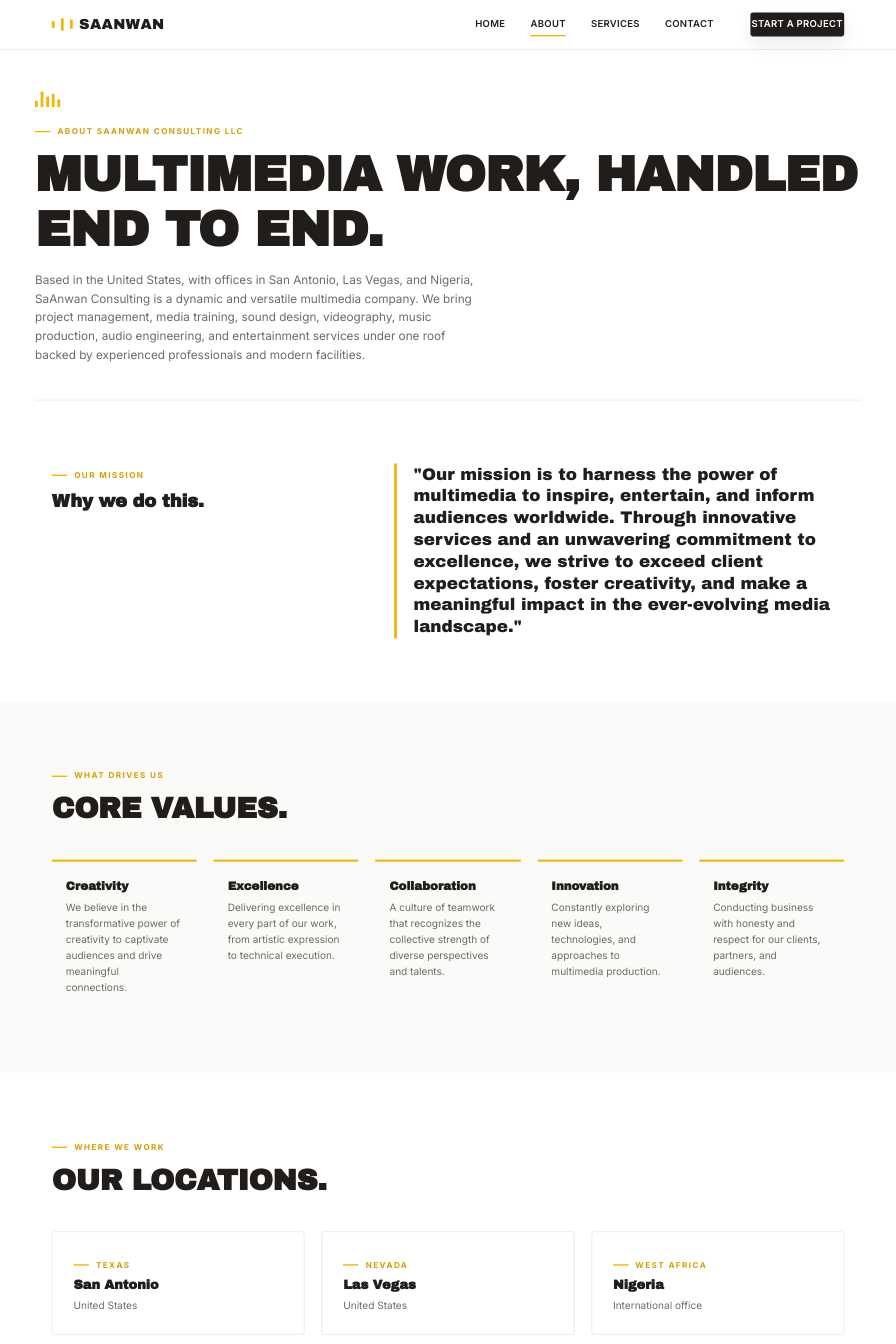
Repository: joshuaonazi/saanwan
Page: about.html
The author's editor kept a copy of each file at every save. The page is drawn from the files as they stood at one save, then again after the next save.
The browser window is 1280 px wide. The pictures show the part of the page from y = 0 to 1920 px (the page is 2707 px tall before and 2455 px after), at 70% of full size.

Above is the page before, as saved 2026-07-10 16:42:51.

After the next save:
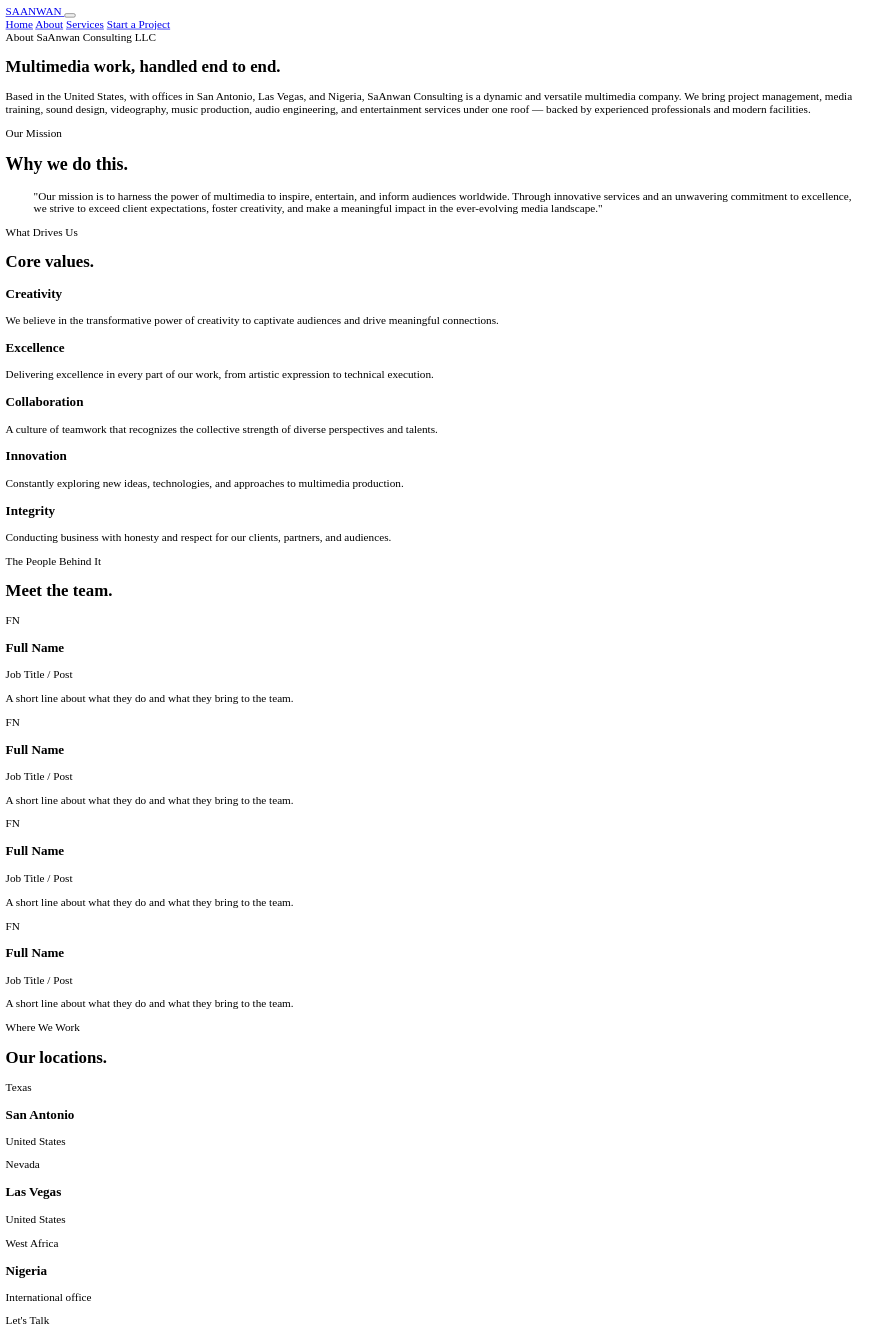
Not found: css/style.css
Saved 2 min 47 s later.
--- a/about.html
+++ b/about.html
@@ -8,7 +8,7 @@
 <link rel="preconnect" href="https://fonts.googleapis.com">
 <link rel="preconnect" href="https://fonts.gstatic.com" crossorigin>
 <link href="https://fonts.googleapis.com/css2?family=Archivo+Black&family=Inter:wght@400;500;600;700&display=swap" rel="stylesheet">
-<link rel="stylesheet" href="/styles.css">
+<link rel="stylesheet" href="css/style.css">
 </head>
 <body>
 
@@ -25,7 +25,6 @@
       <a href="index.html">Home</a>
       <a href="about.html" aria-current="page">About</a>
       <a href="services.html">Services</a>
-      <a href="contact.html">Contact</a>
       <a href="contact.html" class="nav-cta">Start a Project</a>
     </div>
   </nav>
@@ -37,7 +36,7 @@
     <div class="eq-divider"><span></span><span></span><span></span><span></span><span></span></div>
     <span class="eyebrow">About SaAnwan Consulting LLC</span>
     <h1>Multimedia work, handled end to end.</h1>
-    <p>Based in the United States, with offices in San Antonio, Las Vegas, and Nigeria, SaAnwan Consulting is a dynamic and versatile multimedia company. We bring project management, media training, sound design, videography, music production, audio engineering, and entertainment services under one roof backed by experienced professionals and modern facilities.</p>
+    <p>Based in the United States, with offices in San Antonio, Las Vegas, and Nigeria, SaAnwan Consulting is a dynamic and versatile multimedia company. We bring project management, media training, sound design, videography, music production, audio engineering, and entertainment services under one roof — backed by experienced professionals and modern facilities.</p>
   </section>
 
   <section class="section">
@@ -84,6 +83,65 @@
   </section>
 
   <section class="section">
+    <div class="wrap">
+      <div class="section-head">
+        <span class="eyebrow">The People Behind It</span>
+        <h2>Meet the team.</h2>
+      </div>
+      <!--
+        TEAM SETUP — this whole block is placeholder content, swap it for the real thing:
+        1. Replace each <div class="placeholder-initials">XX</div> with
+           <img src="assets/team/filename.jpg" alt="Full Name">
+           (add real photos into an /assets/team/ folder — square images work best)
+        2. Update the name, role/post, and short description text for each person.
+        3. Copy a whole .team-card block to add more members, or delete one to remove.
+      -->
+      <div class="team-grid">
+        <div class="team-card">
+          <div class="team-photo">
+            <div class="placeholder-initials">FN</div>
+          </div>
+          <div class="team-info">
+            <h3>Full Name</h3>
+            <span class="role">Job Title / Post</span>
+            <p>A short line about what they do and what they bring to the team.</p>
+          </div>
+        </div>
+        <div class="team-card">
+          <div class="team-photo">
+            <div class="placeholder-initials alt">FN</div>
+          </div>
+          <div class="team-info">
+            <h3>Full Name</h3>
+            <span class="role">Job Title / Post</span>
+            <p>A short line about what they do and what they bring to the team.</p>
+          </div>
+        </div>
+        <div class="team-card">
+          <div class="team-photo">
+            <div class="placeholder-initials">FN</div>
+          </div>
+          <div class="team-info">
+            <h3>Full Name</h3>
+            <span class="role">Job Title / Post</span>
+            <p>A short line about what they do and what they bring to the team.</p>
+          </div>
+        </div>
+        <div class="team-card">
+          <div class="team-photo">
+            <div class="placeholder-initials alt">FN</div>
+          </div>
+          <div class="team-info">
+            <h3>Full Name</h3>
+            <span class="role">Job Title / Post</span>
+            <p>A short line about what they do and what they bring to the team.</p>
+          </div>
+        </div>
+      </div>
+    </div>
+  </section>
+
+  <section class="section section-cream">
     <div class="wrap">
       <div class="section-head">
         <span class="eyebrow">Where We Work</span>
@@ -133,7 +191,7 @@
         <p>A multimedia consulting company delivering creative and technical excellence across production, sound, and screen.</p>
       </div>
       <div class="footer-col">
-        <h4>Quick Links</h4>
+        <h4>Site</h4>
         <ul>
           <li><a href="index.html">Home</a></li>
           <li><a href="about.html">About</a></li>
@@ -160,12 +218,12 @@
       </div>
     </div>
     <div class="footer-bottom">
-      <span>&copy; <span id="year"></span> Saanwan Consulting LLC. All rights reserved.</span>
-      <span>Built & developed by Web3Cryptic</span>
+      <span>&copy; <span id="year"></span> SaAnwan Consulting LLC. All rights reserved.</span>
+      <span>Built for creators, by creators.</span>
     </div>
   </div>
 </footer>
 
-<script src="/index.js"></script>
+<script src="index.js"></script>
 </body>
 </html>

After the save that followed:
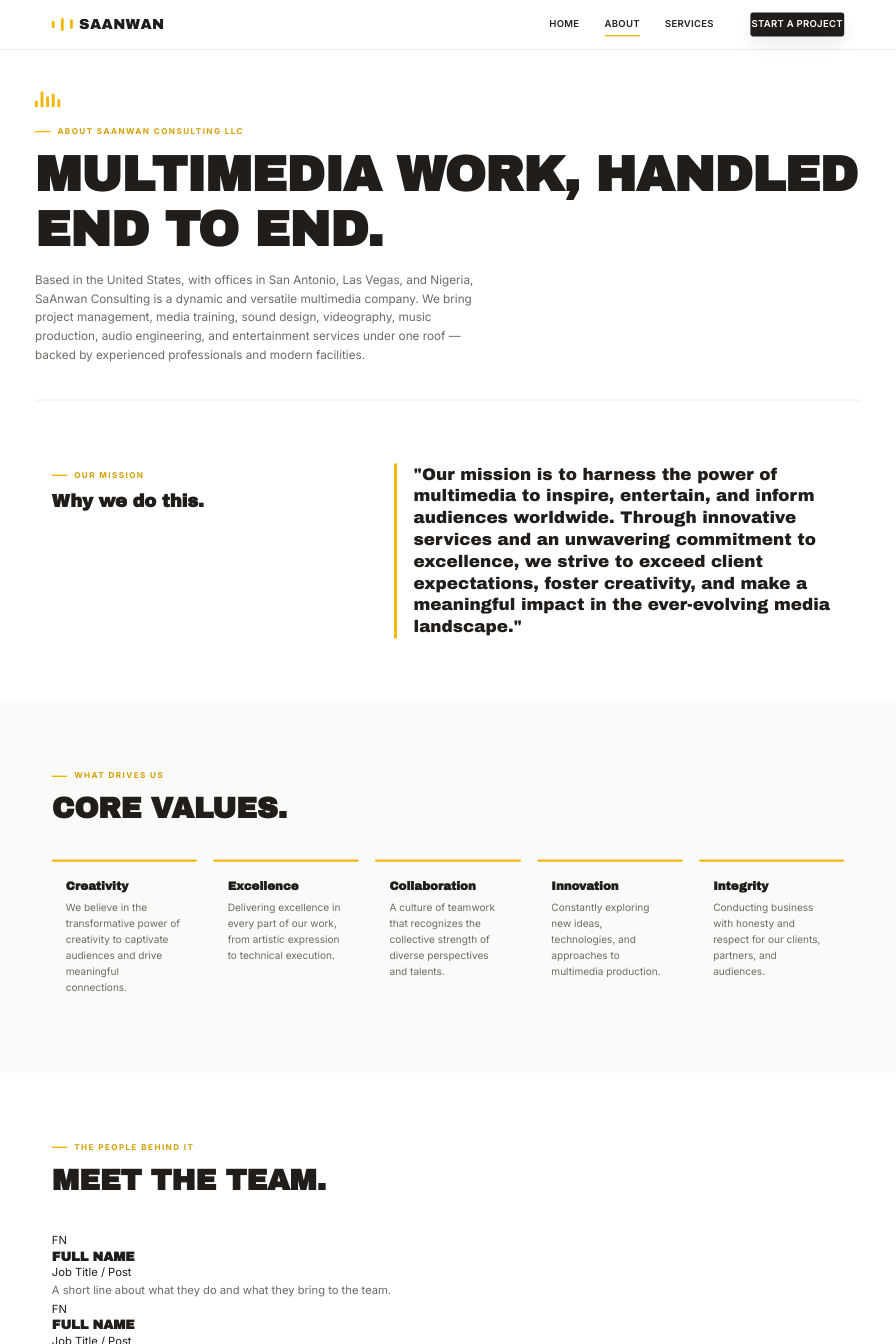
Saved 82 s later.
--- a/about.html
+++ b/about.html
@@ -1,15 +1,15 @@
 <!DOCTYPE html>
 <html lang="en">
-<head>
-<meta charset="UTF-8">
-<meta name="viewport" content="width=device-width, initial-scale=1.0">
-<title>About — SAANWAN Consulting</title>
-<meta name="description" content="Learn about SAANWAN Consulting LLC — our mission, core values, and offices in San Antonio, Las Vegas, and Nigeria.">
-<link rel="preconnect" href="https://fonts.googleapis.com">
-<link rel="preconnect" href="https://fonts.gstatic.com" crossorigin>
-<link href="https://fonts.googleapis.com/css2?family=Archivo+Black&family=Inter:wght@400;500;600;700&display=swap" rel="stylesheet">
-<link rel="stylesheet" href="css/style.css">
-</head>
+  <head>
+    <meta charset="UTF-8">
+    <meta name="viewport" content="width=device-width, initial-scale=1.0">
+    <title>About — SAANWAN Consulting</title>
+    <meta name="description" content="Learn about SAANWAN Consulting LLC — our mission, core values, and offices in San Antonio, Las Vegas, and Nigeria.">
+    <link rel="preconnect" href="https://fonts.googleapis.com">
+    <link rel="preconnect" href="https://fonts.gstatic.com" crossorigin>
+    <link href="https://fonts.googleapis.com/css2?family=Archivo+Black&family=Inter:wght@400;500;600;700&display=swap" rel="stylesheet">
+    <link rel="stylesheet" href="styles.css">
+  </head>
 <body>
 
 <header class="site-header">
